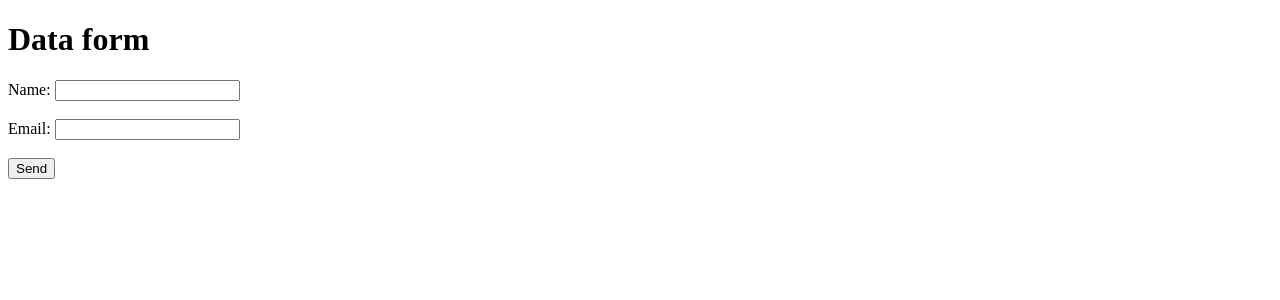
Repository: ttspeaker88/Java_web_China
Page: 5_Servlet/08_Simple_webapp/src/main/webapp/form.html
An editor plug-in stored every save of this project. The page is shown before and after the next save, followed by the edit.
The browser window is 1280 px wide. The pictures show the whole page.

Above is the page before, as saved 2024-10-28 19:55:08.

After the next save:
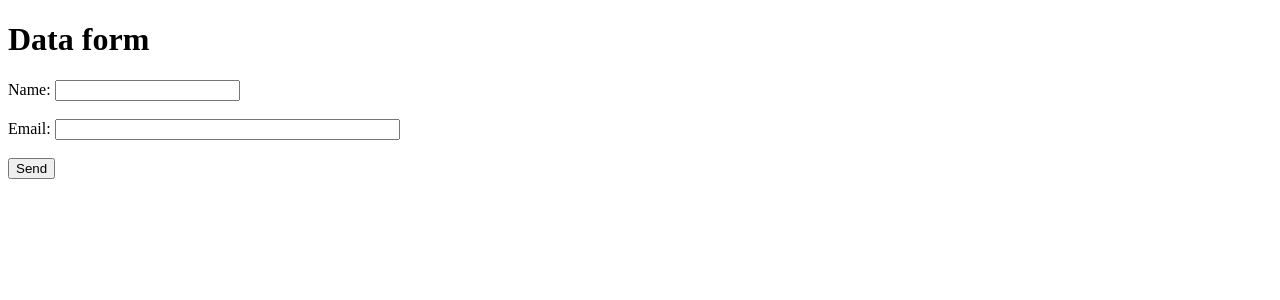
Saved 10 s later.
--- a/5_Servlet/08_Simple_webapp/src/main/webapp/form.html
+++ b/5_Servlet/08_Simple_webapp/src/main/webapp/form.html
@@ -9,7 +9,7 @@
 	<h1>Data form</h1>
 	<form action="FormServlet" method="POST">
 		<label for="name">Name:</label> <input type="text" id="name" name="name" required><br> <br> <label for="email">Email:</label>
-		<input type="email" id="email" name="email" length="40" required><br>
+		<input type="email" id="email" name="email" size="40" required><br>
 		<br> <input type="submit" value="Send">
 	</form>
 </body>
